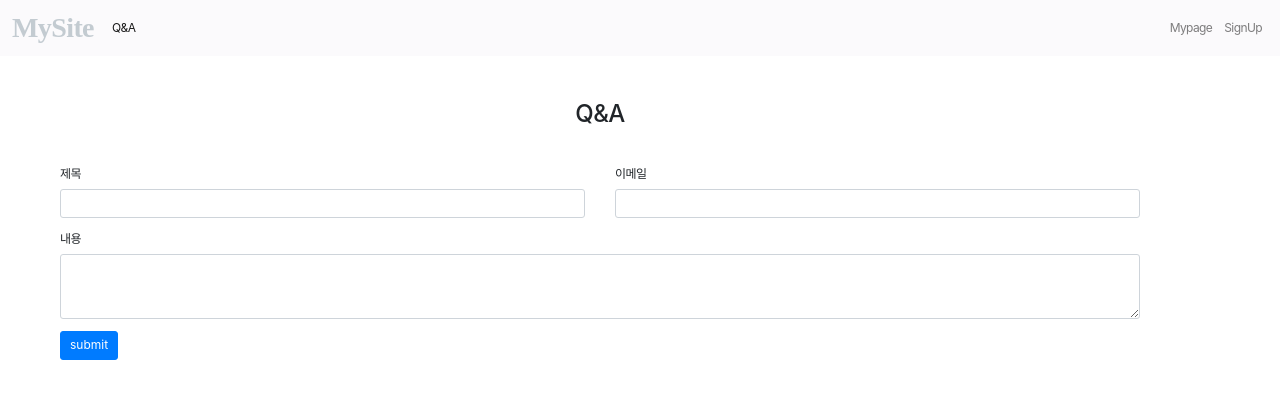
Repository: JungSWon/Project
Page: http://localhost/qna
The author's editor kept a record of every edit. The page is drawn from the files as they stood at one moment, then again after the next edit.
The browser window is 1280 px wide. The pictures show the whole page.
Some web fonts or font styles are not loaded; a fallback is used. The page is served by the project's application, run on Django 2.2 (pj05/manage.py).

Above is the page before.

After the next edit:
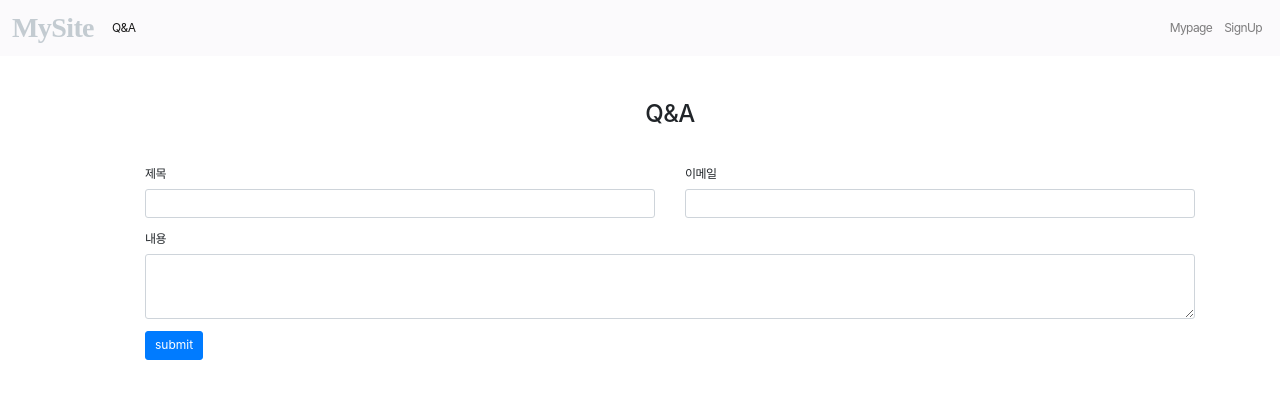
The edit:
--- a/05_detail/pj05/detail/templates/qna.html
+++ b/05_detail/pj05/detail/templates/qna.html
@@ -6,34 +6,36 @@
 
 
 {% block body %}
+<div class='container'>
 
-<div class="page-body container">
-    <div class="qnatitle">
-        <h2>Q&A</h2>
-    </div>
+    <div class="page-body container">
+        <div class="qnatitle">
+            <h2>Q&A</h2>
+        </div>
 
-    <form class='qna-input'>
-        <div class='container'>
-            <div class= 'row justify-content-center'>
-                <div class="col-lg-6  col-md-12 form-group">
-                    <label for="exampleFormControlInput1">제목</label>
-                    <input type="email" class="form-control" id="exampleFormControlInput1" name='title'>
-                </div>
+        <form class='qna-input'>
+            <div class='container'>
+                <div class= 'row justify-content-center'>
+                    <div class="col-lg-6  col-md-12 form-group">
+                        <label for="exampleFormControlInput1">제목</label>
+                        <input type="email" class="form-control" id="exampleFormControlInput1" name='title'>
+                    </div>
 
-                <div class="col-lg-6 col-md-12 form-group">
-                    <label for="exampleFormControlInput1">이메일</label>
-                    <input type="email" class="form-control" id="exampleFormControlInput1" name='email'>
+                    <div class="col-lg-6 col-md-12 form-group">
+                        <label for="exampleFormControlInput1">이메일</label>
+                        <input type="email" class="form-control" id="exampleFormControlInput1" name='email'>
+                    </div>
                 </div>
             </div>
-        </div>
-        <div class='container'>
-            <div class="form-group">
-              <label for="exampleFormControlTextarea1">내용</label>
-              <textarea class="form-control" id="exampleFormControlTextarea1" rows="3" name='question'></textarea>
+            <div class='container'>
+                <div class="form-group">
+                  <label for="exampleFormControlTextarea1">내용</label>
+                  <textarea class="form-control" id="exampleFormControlTextarea1" rows="3" name='question'></textarea>
+                </div>
+                <button type="submit" class="btn btn-primary mb-2">submit</button>
             </div>
-            <button type="submit" class="btn btn-primary mb-2">submit</button>
-        </div>
-    </form>
+        </form>
+    </div>
 </div>
 
 
